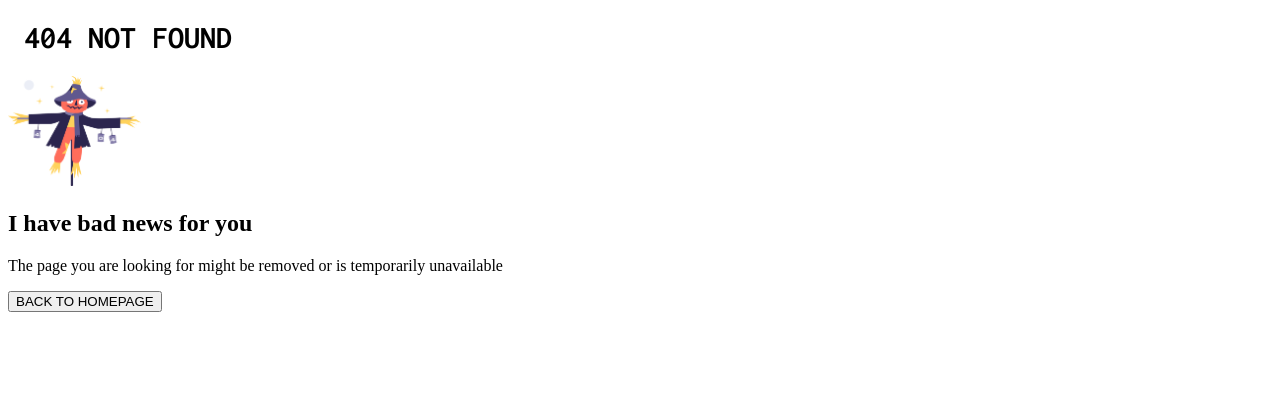
Repository: kellyalves87/404_not_found
Page: index.html
These files come from the project's save history. The page is drawn as it stood at one moment and after the next save; the edit follows.
The browser window is 1280 px wide. The pictures show the whole page.

Above is the page before, as saved 2021-05-16 14:40:20.

### index.html
<!DOCTYPE html>
<html lang="en">

<head>
  <meta charset="utf-8" />
  <meta name="viewport" content="width=device-width, initial-scale=1,
  maximum-scale=5" />
  <link rel="icon" href="./assets/devchallenges.png" />
  <link rel="shortcut icon" type="image/x-icon" href="https://devchallenges.io/" />
  <link rel="preconnect" href="https://fonts.gstatic.com">
  <link href="https://fonts.googleapis.com/css2?family=Inconsolata:wght@700&family=Space+Mono:wght@400;700&display=swap"
    rel="stylesheet">
  <link rel="stylesheet" href="./style/index.css">
  <title>Devchallenges</title>
</head>

<header class="header">
  <h1>404 NOT FOUND</h1>
</header>

<body>
  <div class="content">
    <img src="./assets/Scarecrow.png" alt="straw man">
    <h2>I have bad news for you</h2>
    <p>The page you are looking for might be removed or is temporarily unavailable</p>
    <button type="button">BACK TO HOMEPAGE</button>
  </div>
</body>

</html>

### style/index.css
/* Mobile first */

.header {
    font-family: inconsolata;
    font-size: 1rem;
    margin: 1rem;
}

img {
    width: 133px;
}

After the next save:
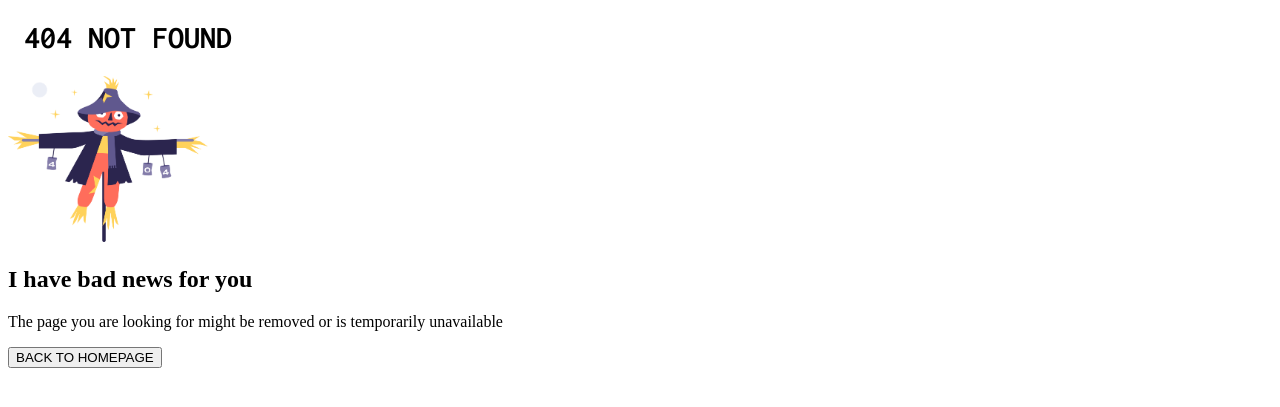
Saved 47 s later.
--- a/style/index.css
+++ b/style/index.css
@@ -7,5 +7,5 @@
 }
 
 img {
-    width: 133px;
+    width: 200px;
 }
